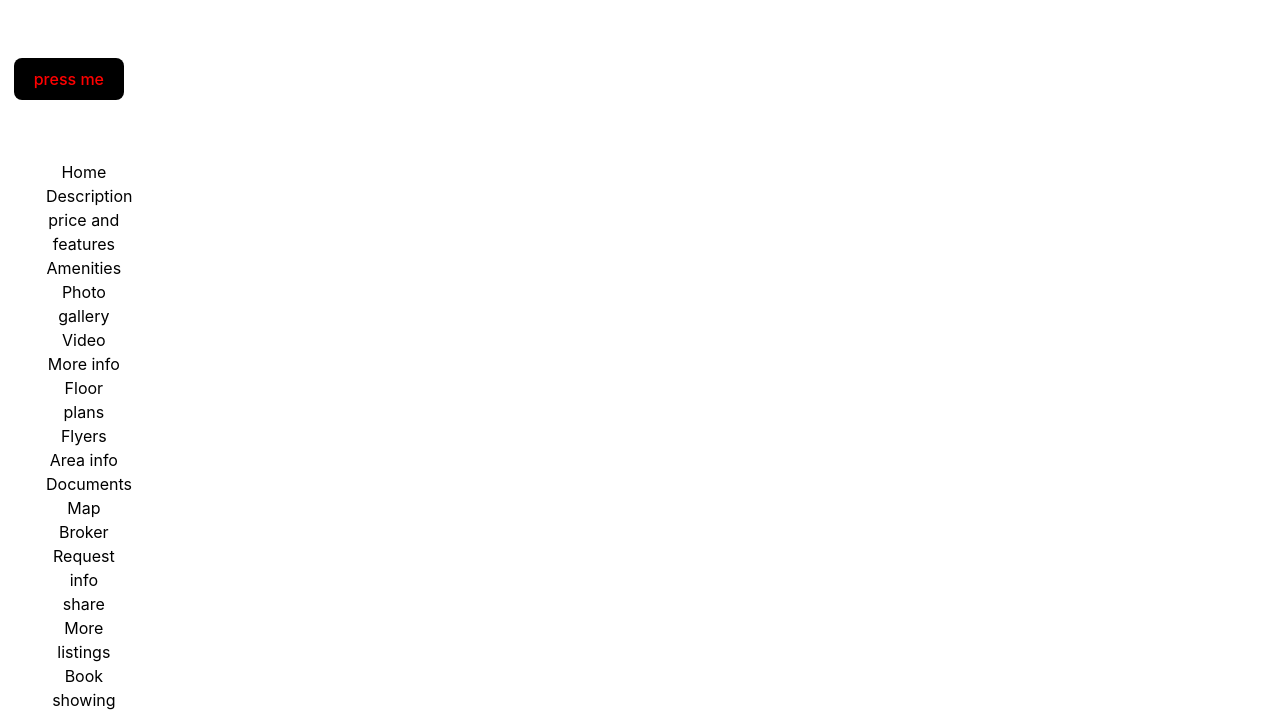
Repository: TMuse333/real-estate-landingpage
Page: /
An editor plug-in stored every save of this project. The page is shown before and after the next save, followed by the edit.
The browser window is 1280 px wide. The pictures show the whole page.
The project was rebuilt for these pictures with package versions that can differ from the ones it lists, and the page was loaded fresh each time. Also part of the build but not shown: vite.config.js.

Above is the page before, as saved 2023-09-19 16:31:43.

### src/App.jsx
import { useState } from 'react'

import './App.css'

import Navbar from './components/navbar'

function App() {


  return (
    <>
    <Navbar/>
    </>
  )
}

export default App

### src/App.css
.header-container{
  display: flex;
  justify-content: space-between;
  align-items: center;
  width: 100vw;
  position: fixed;
  top:0px;
  background-color: white;
  height: 40px;

  /* display: flex;
  justify-content: space-between;
  align-items: center;
  width: 100vw;
  position: fixed;
  top: 0px;

  height: 50px;
  z-index: -1;
  color:black; */

 }

  .nav-list{

  list-style: none;
padding: 0;
  padding-bottom: 10px;
  margin: 0;
  transform: translate(15px,60px);
  width: 55%;

}

.list-container {
  position: relative;
  display: flex;
  flex-direction: column;
  align-items: center;
  text-align: center;
  color: black;
}

.nav-button{
position: relative;
  background-color: black;
z-index: 100;
  color: red;
}

/* @media screen and (min-width: 415px) and (min-height: 415px){
  .header-container{
    display: flex;
    justify-content: space-between;
    align-items: center;
    width: 100vw;
    position: fixed;
    top: 50px;
    background: linear-gradient(to right, #F4A460, #FF8C00);
height: max-content;
gap:10px;
   }

   .list-container {
    position: absolute;
    display: flex;
 flex-wrap: wrap;
    justify-content:space-around;
    left: 50%;
    transform: translateX(-50%);
    width: 80%;
    margin-bottom:100px;
  }

  .nav-list{
    display: flex;


    width: 100%;
  }

  .nav-button{
    display: none;
  }

  } */

### src/components/navbar.jsx
import React, { useState,useEffect } from 'react';




const Navbar = () => {
  const [subMenuVisible, setSubMenuVisible] = useState(false);

  const toggleSubMenu = () => {
    setSubMenuVisible(!subMenuVisible);
  };

  const scrollToSection = (sectionId) => {

    const element = document.getElementById(sectionId);
    if (element) {

      element.scrollIntoView({
        behavior: 'smooth', // Smooth scrolling
        block: 'start',    // Scroll to the top of the element
      });
    }
  }

  useEffect(() => {
    // Function to update sub-menu visibility when the screen width changes
    const handleResize = () => {
      const screenWidth = window.innerWidth;
      setSubMenuVisible(screenWidth >= 415); // Set subMenuVisible to true if screen width is at least 415 pixels
    };

    // Add a resize event listener to update the sub-menu visibility
    window.addEventListener('resize', handleResize);

    // Initial call to set sub-menu visibility based on current screen width
    handleResize();

    // Clean up the event listener when the component unmounts
    return () => {
      window.removeEventListener('resize', handleResize);
    };
  }, []);

  const style = {

    opacity: subMenuVisible ? 1 : 0
    ,

  };

  return (


      <div className='list-container'>
        <button onClick={toggleSubMenu} className='nav-button'>
          press me
        </button>
        <ul style={style} className='nav-list'>

          <li onClick={()=>scrollToSection('about')}>Home</li>

          <li onClick={()=>scrollToSection('description')}>Description</li>

          <li onClick={()=>scrollToSection('price')}>price and features</li>

          <li onClick={()=>scrollToSection('amenities')}>Amenities</li>

          <li onClick={()=>scrollToSection('photo-gallery')}>Photo gallery</li>

          <li onClick={()=>scrollToSection('video')}>Video</li>

          <li onClick={()=>scrollToSection('more-info')}>More info</li>

          <li onClick={()=>scrollToSection('floor-plans')}>Floor plans</li>

          <li onClick={()=>scrollToSection('flyers')}>Flyers</li>

          <li onClick={()=>scrollToSection('area-info')}>Area info</li>

          <li onClick={()=>scrollToSection('document')}>Documents</li>

          <li onClick={()=>scrollToSection('map')}>Map</li>

          <li onClick={()=>scrollToSection('broker')}>Broker</li>

          <li onClick={()=>scrollToSection('request-info')}>Request info</li>

          <li onClick={()=>scrollToSection('share')}>share</li>

          <li onClick={()=>scrollToSection('more-listings')}>More listings</li>

          <li onClick={()=>scrollToSection('book-showing')}>Book showing</li>





        </ul>
      </div>

  );
};

export default Navbar;

Loaded but not shown: index.html (common file); src/main.jsx (common file); src/index.css (common file)

After the next save:
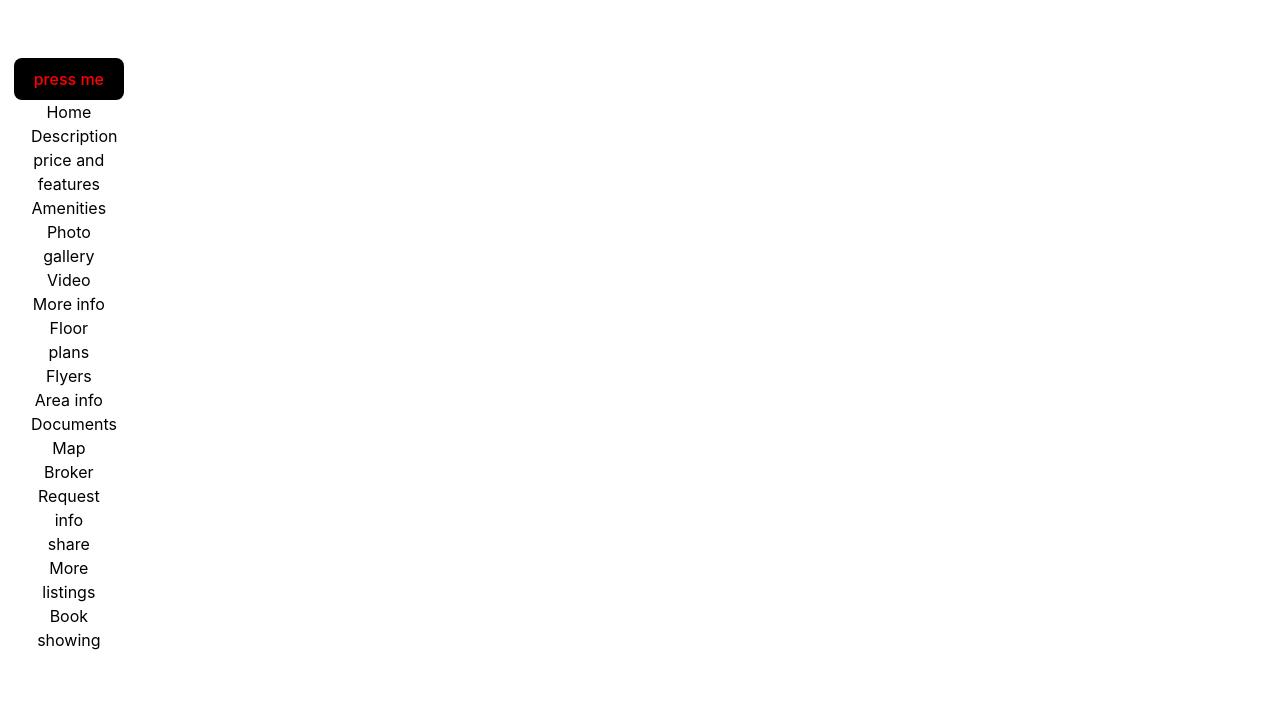
Saved 13 s later.
--- a/src/App.css
+++ b/src/App.css
@@ -27,7 +27,7 @@
 padding: 0;
   padding-bottom: 10px;
   margin: 0;
-  transform: translate(15px,60px);
+
   width: 55%;
 
 }
